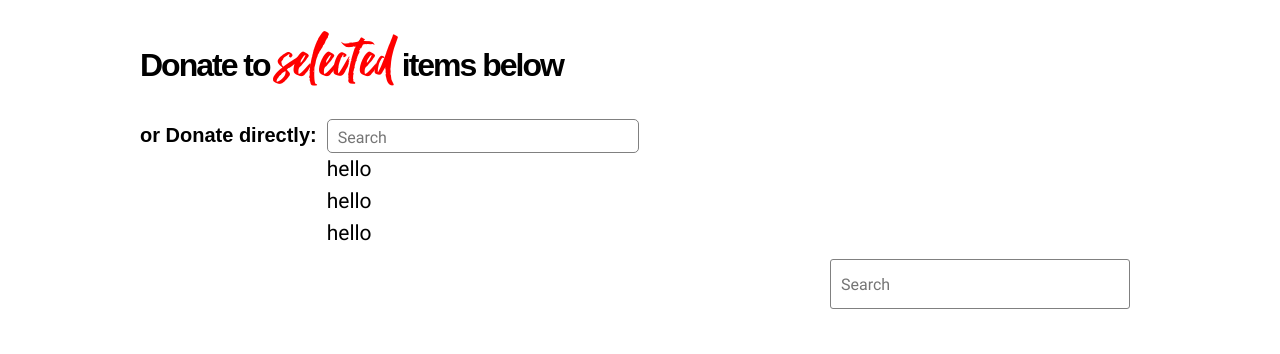
Repository: David-Waite/edableStyleChanges
Page: /
The author's editor kept a copy of each file at every save. The page is drawn from the files as they stood at one save, then again after the next save.
The browser window is 1280 px wide. The pictures show the whole page.
The project was rebuilt for these pictures with package versions that can differ from the ones it lists, and the page was loaded fresh each time. Also part of the build but not shown: src/components/Item/ProgressBar.css, src/components/Volunteer/Volunteer.tsx, src/components/DonorForm/Message.css, src/components/Volunteer/VolunteerError.tsx, src/components/Default.tsx, src/components/DonorForm/Paypal.tsx, src/components/DonorForm/DonorForm.tsx, src/components/DonorForm/PastDonations.css and 8 more.

Above is the page before, as saved 2022-11-09 19:40:58.

After the next save:
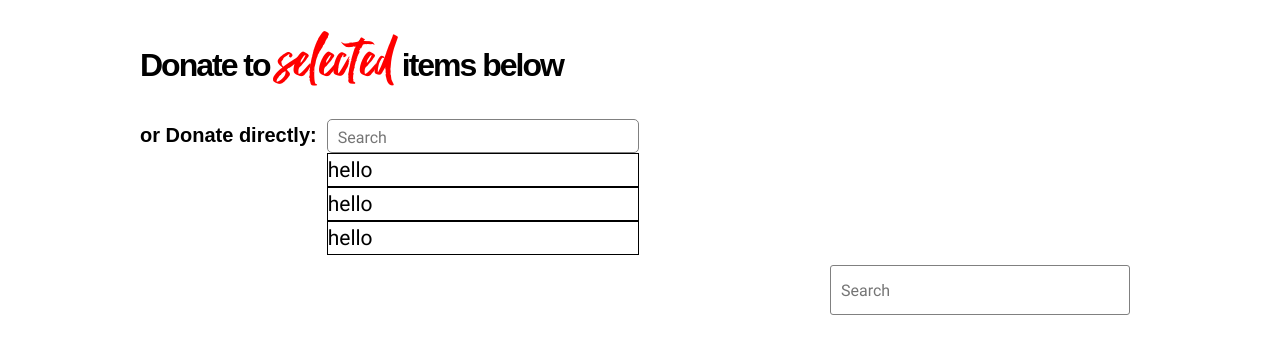
Saved 6 s later.
--- a/src/components/Landing/Landing.css
+++ b/src/components/Landing/Landing.css
@@ -60,7 +60,7 @@
   margin-left: 10px;
 }
 
-.orgnName {
+.orgName {
   border: 1px solid black;
 }
 
